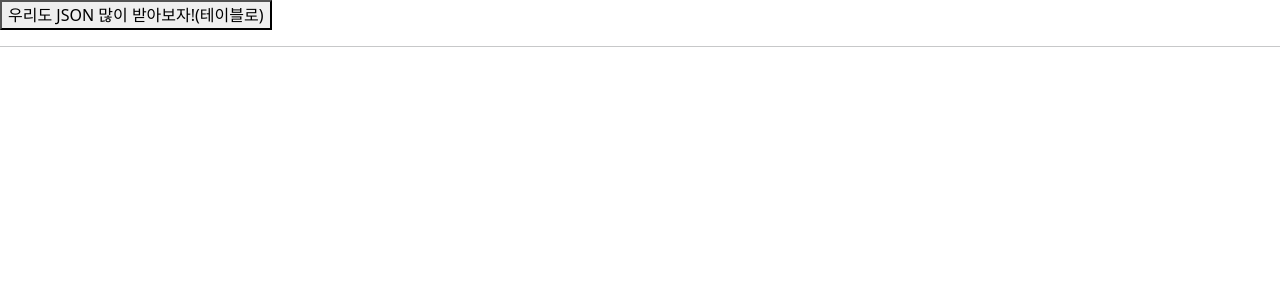
Repository: JayMon0327/Multicampus
Page: http://localhost/spring03/rest_book_db.jsp
These files come from the project's save history. The page is drawn as it stood at one moment and after the next save; the edit follows.
The browser window is 1280 px wide. The pictures show the whole page.
The page is served by Tomcat 9. Nobody is signed in. The application's start-up code is not run. Other server files are loaded and not shown.

Above is the page before, as saved 2022-12-09 06:32:03.

### spring03/src/main/webapp/rest_book_db.jsp
<%@ page language="java" contentType="text/html; charset=UTF-8"
    pageEncoding="UTF-8"%>
<!DOCTYPE html>
<html>
<head>
<meta charset="UTF-8">
<title>Insert title here</title>
<script src="https://code.jquery.com/jquery-3.6.0.js"></script>
<link
	href="https://cdn.jsdelivr.net/npm/bootstrap@5.2.3/dist/css/bootstrap.min.css"
	rel="stylesheet">
<link rel="stylesheet" href="resources/css/out.css">
<script
	src="https://cdn.jsdelivr.net/npm/bootstrap@5.2.3/dist/js/bootstrap.bundle.min.js"></script>
<script type="text/javascript">
	$(function() {
		$('#b2').click(function() {
			$.ajax({
				url : "jsonBook",
				dataType : "json",
				success : function(array) {
					$('#d2').empty()
					//alert(array)
					//alert(array[0].id)
					for(i = 0; i < array.length; i++){
						console.log(array[i].id + " "+ array[i].img)
						$('#d2').append(
								"아이디: " + array[i].id +
								" 북마크이름: " + array[i].name +
								" url: <a href=" + array[i].url + ">GO URL</a>" +
								" img: <img src=" + array[i].img + " width=100 height=100><br>"
						)//d1
					}//for
				} //success
			})//ajax
		}) //b2
		$('#b3').click(function() {
			$.ajax({
				url : "jsonBook",
				dataType : "json",
				success : function(array) {
					$('#d2').empty()
					$('#d2').append("<table border='1' class='table table-striped table-hover'><tr><td>아이디</td><td>북마크이름</td><td>url</td><td>img</td></tr>")
					for(i = 0; i < 5; i++){
						console.log(array[i].id + " "+ array[i].img)
						$('#d2').append(
								"<tr  class='table table-striped table-hover''>" +
								"<td>" + array[i].id +
								"</td><td>" + array[i].name +
								"</td><td><a href=" + array[i].url + ">GO URL</a>" +
								"</td><td>img: <img src=resources/img/" + array[i].img + " width=100 height=100>" +
								"</td></tr>"
						)//d2
					}//for
					$("#d2").append("</table>")
				} //success
			})//ajax
		}) //b3
	}) //$
</script>
</head>
<body>
<button id="b3">우리도 JSON 많이 받아보자!(테이블로)</button>
<hr>
<div id="d2"></div>
</body>
</html>

### spring03/src/main/webapp/resources/css/out.css
@charset "UTF-8";
td{
	width: 100px;
}

After the next save:
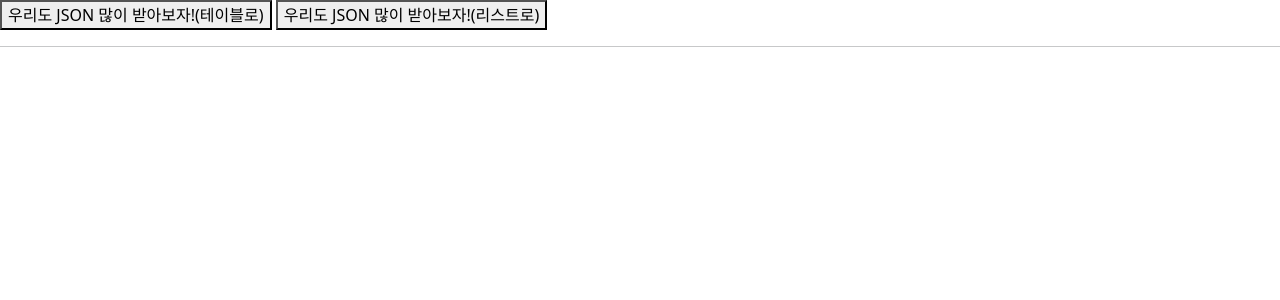
Saved 16 s later.
--- a/spring03/src/main/webapp/rest_book_db.jsp
+++ b/spring03/src/main/webapp/rest_book_db.jsp
@@ -61,6 +61,7 @@
 </head>
 <body>
 <button id="b3">우리도 JSON 많이 받아보자!(테이블로)</button>
+<button id="b2">우리도 JSON 많이 받아보자!(리스트로)</button>
 <hr>
 <div id="d2"></div>
 </body>
